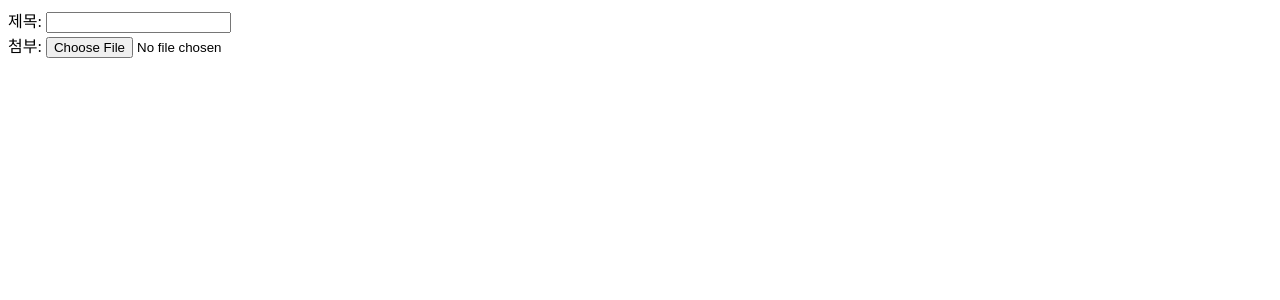
Repository: Heo-sh/Web_Development
Page: http://localhost/Ex_0420_FileUpload/uploadinput.jsp
The author's editor kept a copy of each file at every save. The page is drawn from the files as they stood at one save, then again after the next save.
The browser window is 1280 px wide. The pictures show the whole page.
The page is served by Tomcat 9.

Above is the page before, as saved 2023-04-20 07:45:47.

### Ex_0420_FileUpload/WebContent/uploadinput.jsp
<%@ page language="java" contentType="text/html; charset=UTF-8"
    pageEncoding="UTF-8"%>
<!DOCTYPE html>
<html>
	<head>
		<meta charset="UTF-8">
		<title>Insert title here</title>
	</head>
	<body>
		<!--
		fileupload를 위해서는 form태그는 무조건이다.
		file 업로드 시 주의사항
		- 1.form태그의 전송방식은 반드시 post
		- 2.enctype="multipart/form-data" 필수
			=>enctype: form태그의 파일 데이터를 전송할 때 사용하는 인코딩 기법
		-->
		<form method="post" enctype="multipart/form-data">
			제목: <input name="title"><br>
			첨부: <input type="file" name="photo"><br>
			<!--
			웹에서 사용자의 로컬 파일을 입력받기 위해서 input태그의 타입의 속성을 file로
			지정하는 방법을 사용한다.
			-->
		</form>
	</body>
</html>

After the next save:
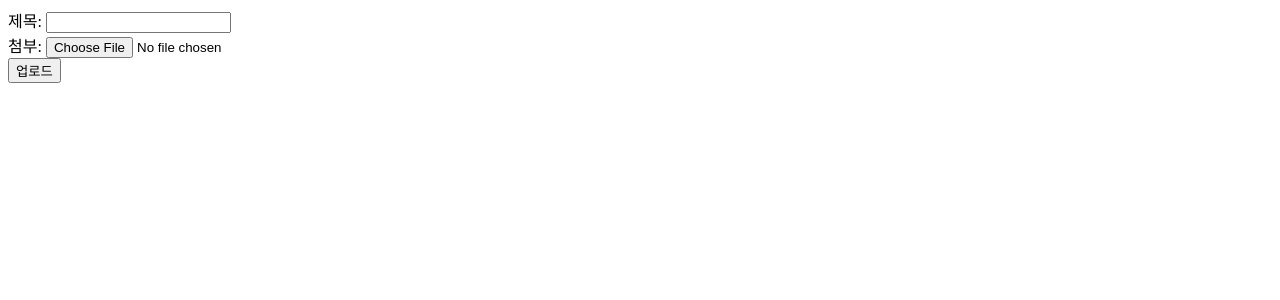
Saved 27 s later.
--- a/Ex_0420_FileUpload/WebContent/uploadinput.jsp
+++ b/Ex_0420_FileUpload/WebContent/uploadinput.jsp
@@ -21,6 +21,7 @@
 			웹에서 사용자의 로컬 파일을 입력받기 위해서 input태그의 타입의 속성을 file로
 			지정하는 방법을 사용한다.
 			-->
+			<input type="button" value="업로드" onclick="send(this.form);">
 		</form>
 	</body>
 </html>
